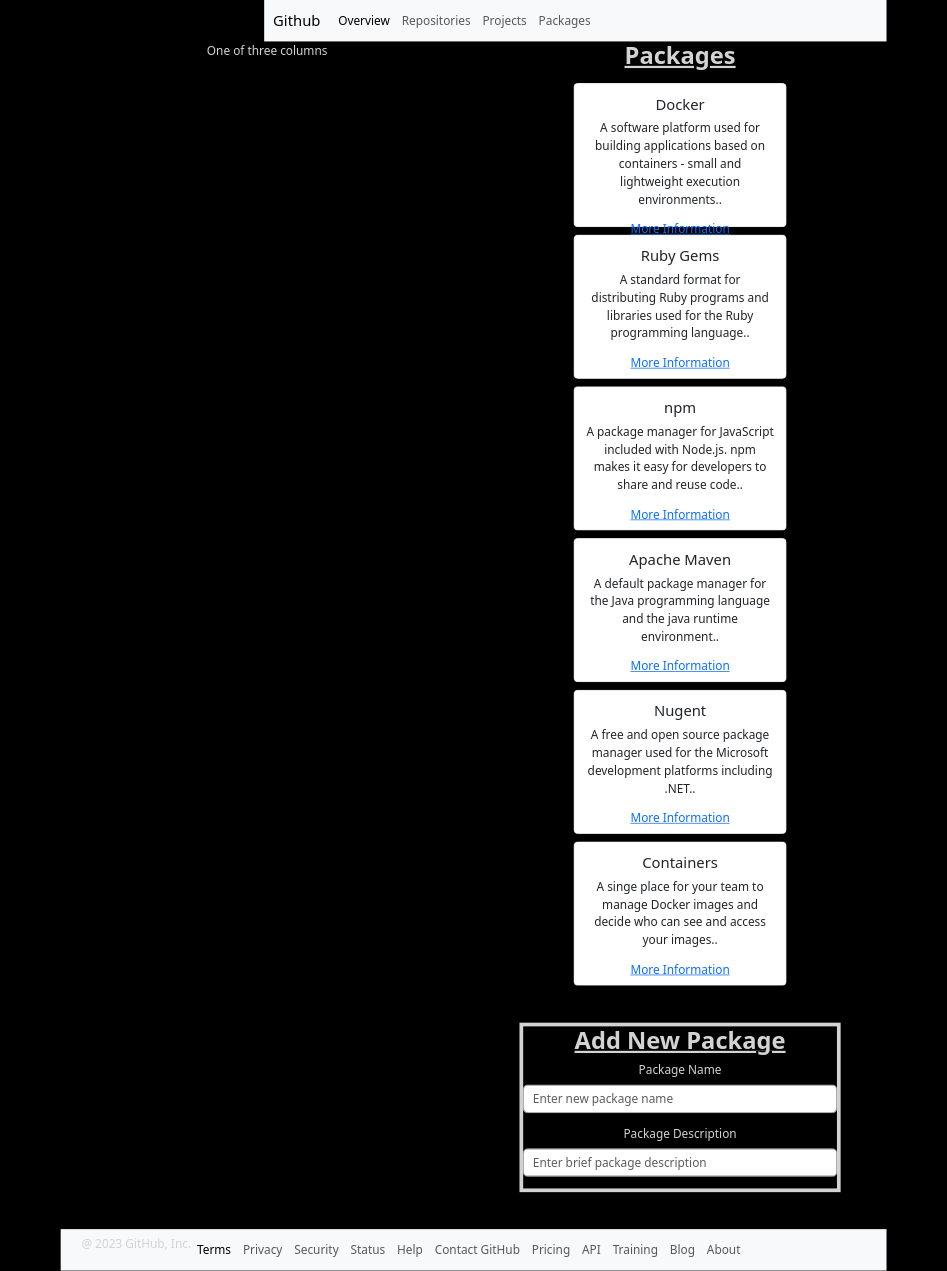
Repository: nss-evening-cohort-E23/gitsub-pull-request-posse
Page: packages.html
An editor plug-in stored every save of this project. The page is shown before and after a run of saves, followed by the edit.
The browser window is 1280 px wide. The pictures show the whole page, at 74% of full size.

Above is the page before, as saved 2023-05-09 17:40:03.

### packages.html
<!DOCTYPE html>
<html lang="en">
<head>
  <meta charset="UTF-8">
  <meta http-equiv="X-UA-Compatible" content="IE=edge">
  <meta name="viewport" content="width=device-width, initial-scale=1.0">
  <link href="https://cdn.jsdelivr.net/npm/bootstrap@5.3.0-alpha3/dist/css/bootstrap.min.css" rel="stylesheet" integrity="sha384-KK94CHFLLe+nY2dmCWGMq91rCGa5gtU4mk92HdvYe+M/SXH301p5ILy+dN9+nJOZ" crossorigin="anonymous">
  <link rel="stylesheet" href="packages.css">
  <title>Packages</title>
</head>
<body>
  <div class="container" id="master">
    <div id="navigate">
      <nav class="navbar navbar-expand-lg bg-body-tertiary">
        <div class="container-fluid">
          <a class="navbar-brand" href="#">Github</a>
          <button class="navbar-toggler" type="button" data-bs-toggle="collapse" data-bs-target="#navbarNavAltMarkup" aria-controls="navbarNavAltMarkup" aria-expanded="false" aria-label="Toggle navigation">
            <span class="navbar-toggler-icon"></span>
          </button>
          <div class="collapse navbar-collapse" id="navbarNavAltMarkup">
            <div class="navbar-nav">
              <a class="nav-link active" aria-current="page" href="#">Overview</a>
              <a class="nav-link" href="#">Repositories</a>
              <a class="nav-link" href="#">Projects</a>
              <a class="nav-link" href="#">Packages</a>
            </div>
          </div>
        </div>
      </nav>
    </div>
   <div class="container text-center">
    <div class="row align-items-start">
    <!-- 2 columns | first column for static bio -->
    <div class="col" id="bio">
      One of three columns

    </div>
    <div class="col">
      <h2><b><u>Packages</u></b></h2>
      <div id="packages"></div>
      <div id="newPackage"><div class="mb-3">
        <h2><b><u>Add New Package</u></b></h2>
        <label for="formGroupExampleInput" class="form-label">Package Name</label>
        <input type="text" class="form-control" id="formGroupExampleInput" placeholder="Enter new package name">
      </div>
      <div class="mb-3">
        <label for="formGroupExampleInput2" class="form-label">Package Description</label>
        <input type="text" class="form-control" id="formGroupExampleInput2" placeholder="Enter brief package description">
      </div></div>
    </div>
  </div>
</div>
<!-- Footer -->

<div class="footer">
<nav class="navbar navbar-expand-lg bg-body-tertiary">
  <div class="container-fluid">
    <a class="navbar-brand" href="#"></a>
    <button class="navbar-toggler" type="button" data-bs-toggle="collapse" data-bs-target="#navbarNav" aria-controls="navbarNav" aria-expanded="false" aria-label="Toggle navigation">
      <span class="navbar-toggler-icon"></span>
    </button>
    <div class="collapse navbar-collapse" id="footer">
      <p>@ 2023 GitHub, Inc.</p>
      <div id="ftr-links">
      <ul class="navbar-nav">
        <li class="nav-item">
          <a class="nav-link active" aria-current="page" href="#">Terms</a>
        </li>
        <li class="nav-item">
          <a class="nav-link" href="#">Privacy</a>
        </li>
        <li class="nav-item">
          <a class="nav-link" href="#">Security</a>
        </li>
        <li class="nav-item">
          <a class="nav-link" href="#">Status</a>
        </li>
        <li class="nav-item">
          <a class="nav-link" href="#">Help</a>
        </li>
      </ul>

      <ul class="navbar-nav">
        <li class="nav-item">
          <a class="nav-link" href="#">Contact GitHub</a>
        </li>
        <li class="nav-item">
          <a class="nav-link" href="#">Pricing</a>
        </li>
        <li class="nav-item">
          <a class="nav-link" href="#">API</a>
        </li>
        <li class="nav-item">
          <a class="nav-link" href="#">Training</a>
        </li>
        <li class="nav-item">
          <a class="nav-link" href="#">Blog</a>
        </li>
        <li class="nav-item">
          <a class="nav-link" href="#">About</a>
        </li>
      </ul>
    </div>
  </div>
</nav>
</div>
</div>
</div>
</div>
  <script src="main.js"></script>
</body>
</html>

### packages.css
body {
  background-color: black;
  color: lightgray;
  flex: auto;
}

#master {
  display: flex;
  flex-direction: column;
  height: 100vh;
}

#navigate {
  flex: none;

  margin-left: 275px;

}

.footer {
  margin-top: auto;
  justify-content: space-around;

}

#ftr-links {
  display: flex;
  flex-direction: row;
  justify-content: space-between;

}

#packages {
  display: flex;
  flex-direction: row;
  flex-wrap: wrap;
  justify-content: space-around;
  margin: 0 auto;
  width: 100%;

}

.card {
 height: 195px;
 margin-top: 10px;
}

#newPackage {
  border: 5px solid lightgray;
  margin: 50px;
}

### main.js

const renderToDom = (divId, htmltoRender) => {
  let targetedDiv = document.getElementById(divId);
  targetedDiv.innerHTML = htmltoRender;
};

const reposCardsOnDom = () => {
  let domString = "";
  domString += `

  `;
};

// packages array
const packages = [
  {
    id: 1,
    name: 'Docker',
    description: 'A software platform used for building applications based on containers - small and lightweight execution environments.',

  },

  {
    id: 2,
    name: 'Ruby Gems',
    description: 'A standard format for distributing Ruby programs and libraries used for the  Ruby programming language.',

  },

  {
    id: 3,
    name: 'npm',
    description: 'A package manager for JavaScript included with Node.js. npm makes it easy for developers to share and reuse code.',

  },

  {
    id: 4,
    name: 'Apache Maven',
    description: 'A default package manager for the Java programming language and the java runtime environment.',

  },

  {
    id: 5,
    name: 'Nugent',
    description: 'A free and open source package manager used for the Microsoft development platforms including .NET.',

  },

  {
    id: 6,
    name: 'Containers',
    description: 'A singe place for your team to manage Docker images and decide who can see and access your images.',
  },
]

// packages
const packagesOnDom = (array) => {
  let domString = "";

// package cards
for (const package of array) {
  domString += `<div class="card" style="width: 18rem;" id="pkgs">
  <div class="card-body">
    <h5 class="card-title">${package.name}</h5>
    <p class="card-text">${package.description}.</p>
    <a href="#" class="card-link">More Information</a>
  </div>
</div>`
}
renderToDom("packages", domString);

}
packagesOnDom(packages);

const startApp = () => {
  packagesOnDom(packages);
}

startApp();

After the next 2 saves:
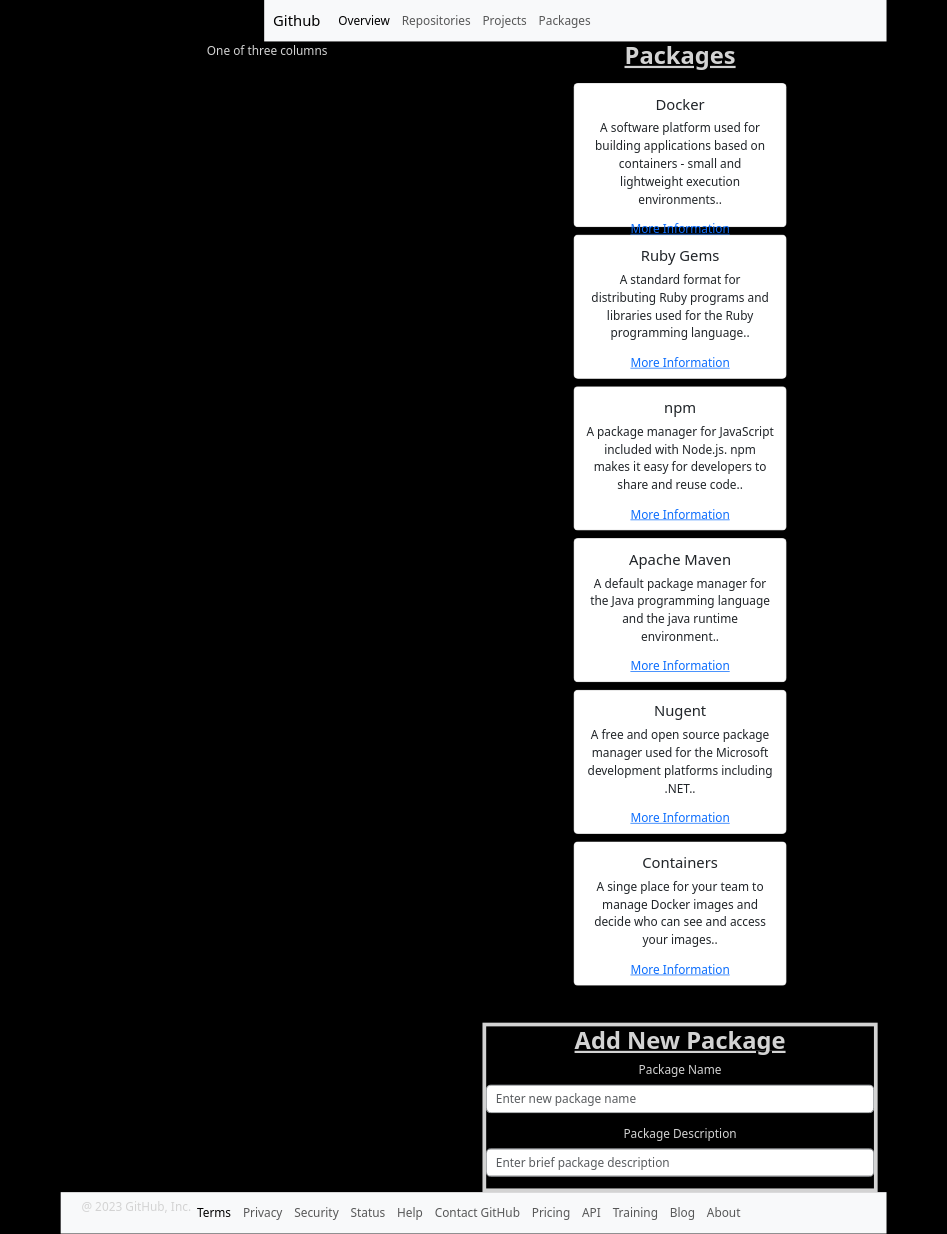
The 2 saves are shown as one change because they came seconds apart.
The last was saved 13 s later.
--- a/packages.css
+++ b/packages.css
@@ -47,5 +47,5 @@
 
 #newPackage {
   border: 5px solid lightgray;
-  margin: 50px;
+  margin-top: 50px;
 }
